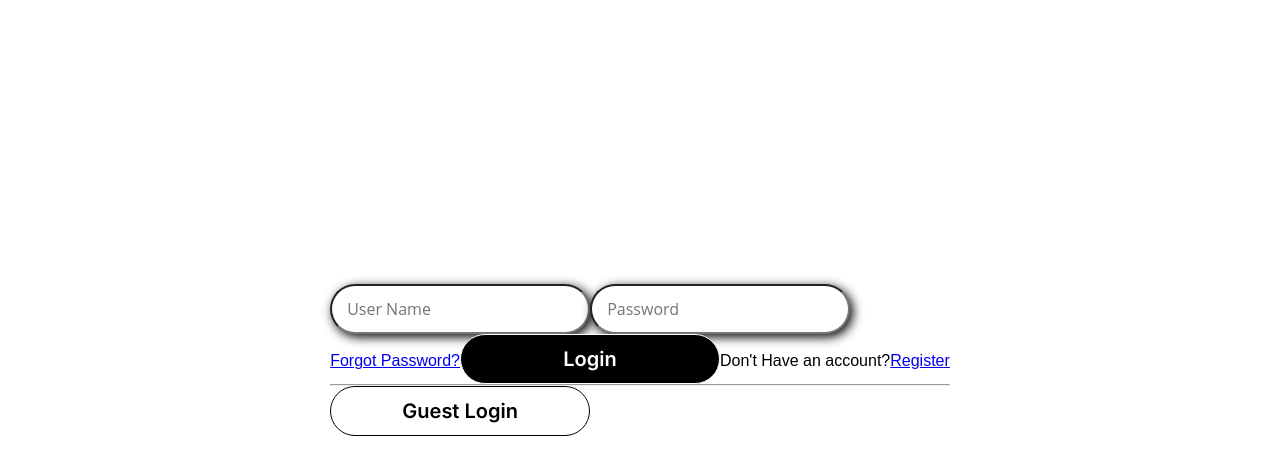
Repository: Cherced/virtualassistant
Page: /Draft
The author's editor kept a copy of each file at every save. The page is drawn from the files as they stood at one save, then again after the next save.
The browser window is 1280 px wide. The pictures show the whole page.
The project was rebuilt for these pictures with package versions that can differ from the ones it lists, and the page was loaded fresh each time. The framework's server and built-in components were replaced by stand-ins that run in the browser.

Above is the page before, as saved 2022-07-15 14:20:33.

After the next save:
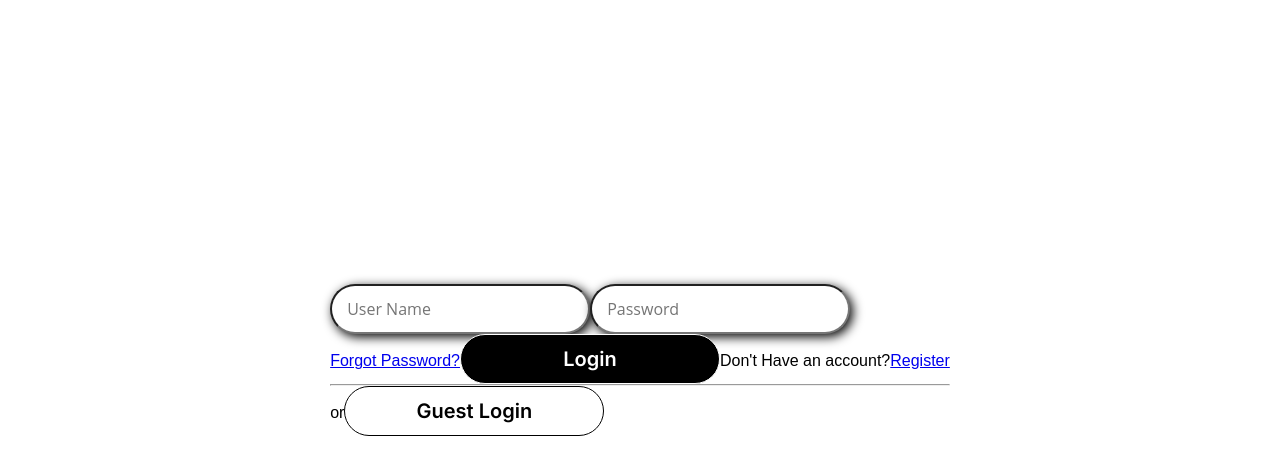
Saved 27 s later.
--- a/components/molecules/login/LoginForm.jsx
+++ b/components/molecules/login/LoginForm.jsx
@@ -24,6 +24,7 @@ export const LoginForm = () => {
           </label>
         <div>
           <hr/>
+          <label>or</label>
           <BasicButton color="white" type="submit" title="Guest Login"/>
         </div>
     </form>
